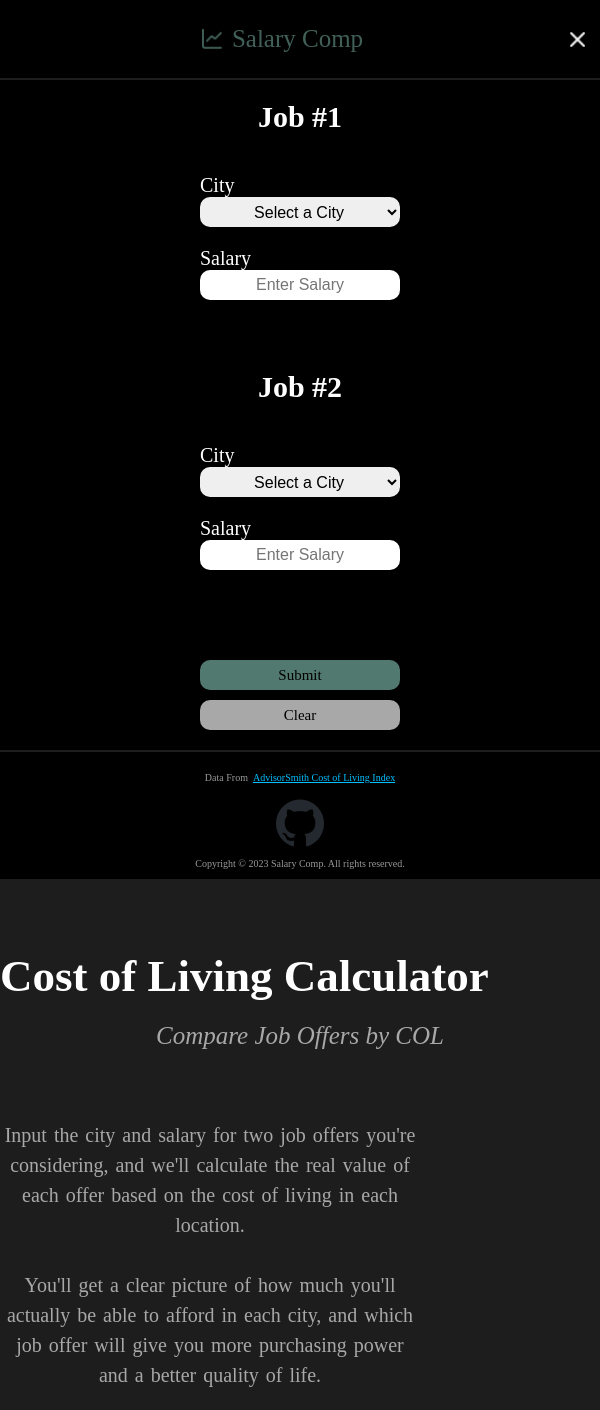
Repository: robbymcd/Salary-Comp
Page: /
The author's editor kept a copy of each file at every save. The page is drawn from the files as they stood at one save, then again after the next save.
The browser window is 600 px wide. The pictures show the whole page.
Some web fonts or font styles are not loaded; a fallback is used. The project was rebuilt for these pictures with package versions that can differ from the ones it lists, and the page was loaded fresh each time. Also part of the build but not shown: src/Main.css, src/Main.js.

Above is the page before, as saved 2023-06-16 18:23:52.

After the next save:
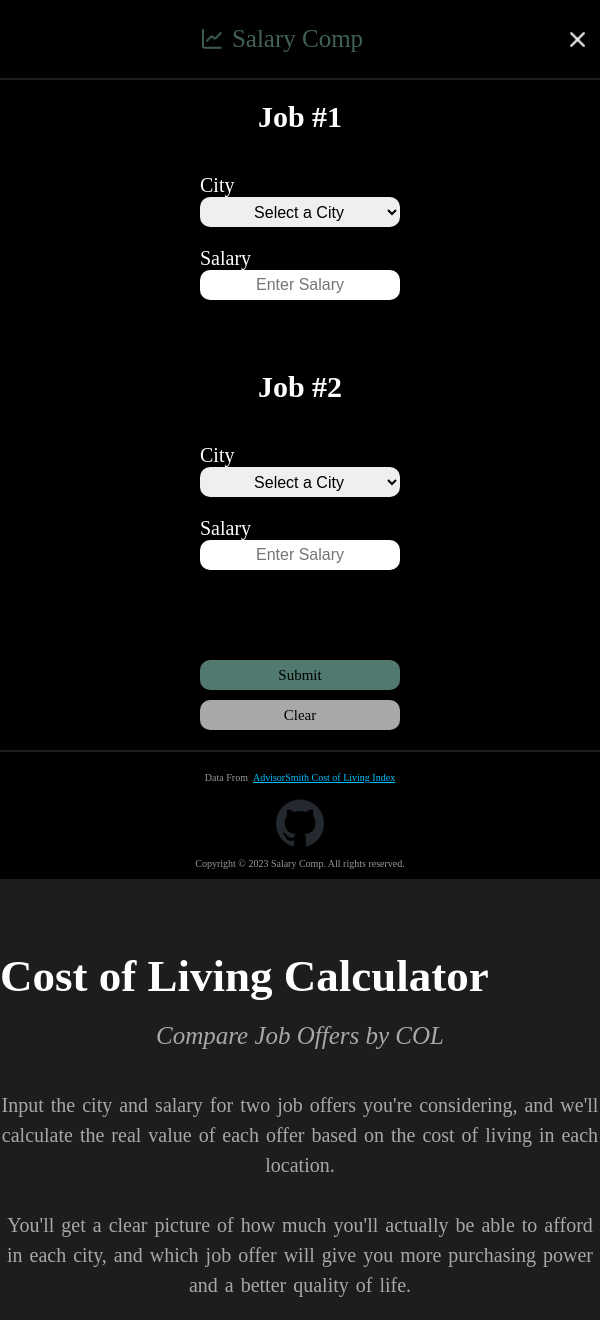
Saved 10 s later.
--- a/src/Content.css
+++ b/src/Content.css
@@ -76,4 +76,10 @@
         margin-top: 20px;
         margin-bottom: 20px;
     }
+
+    .content p {
+        width: 100vw;
+        margin-top: 20px;
+        margin-bottom: 20px;
+    }
 }
